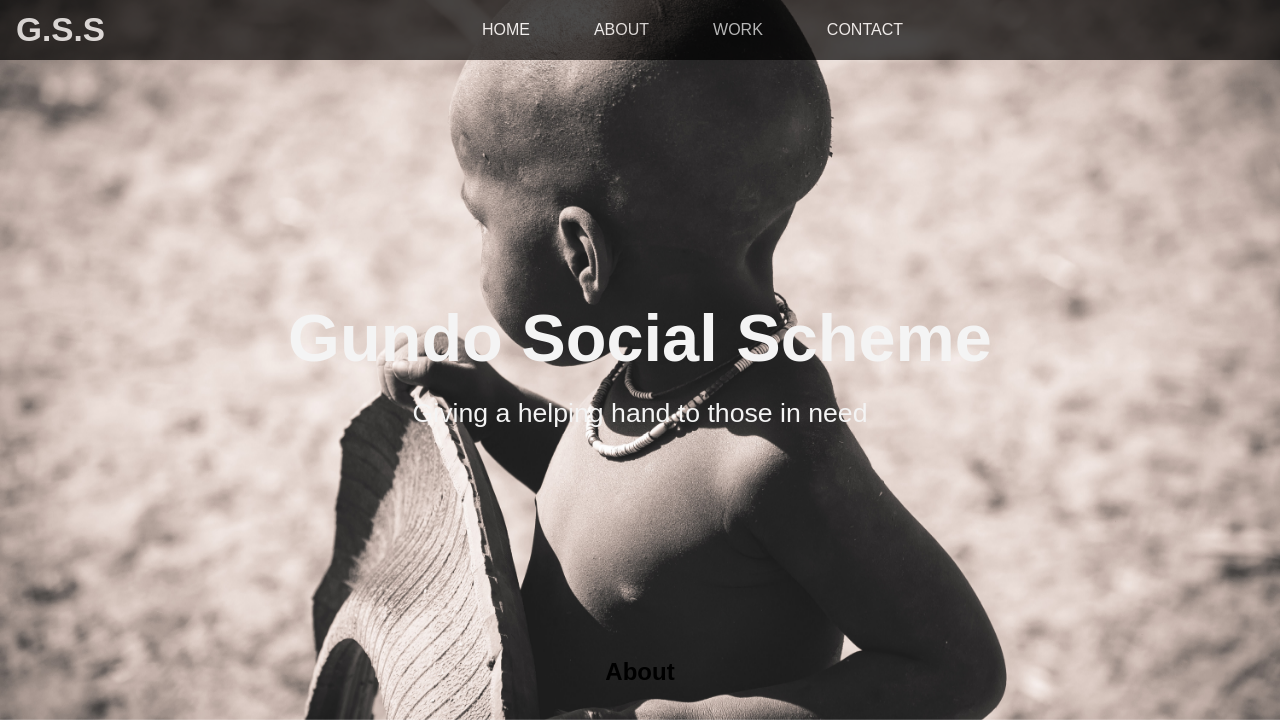
Repository: blessingNtoko/gss-basic_website
Page: index.html
These files come from the project's save history. The page is drawn as it stood at one moment and after the next save; the edit follows.
The browser window is 1280 px wide. The pictures show the whole page.
An inner scrolling area shows only its first screen.

Above is the page before, as saved 2020-05-13 18:13:42.

After the next save:
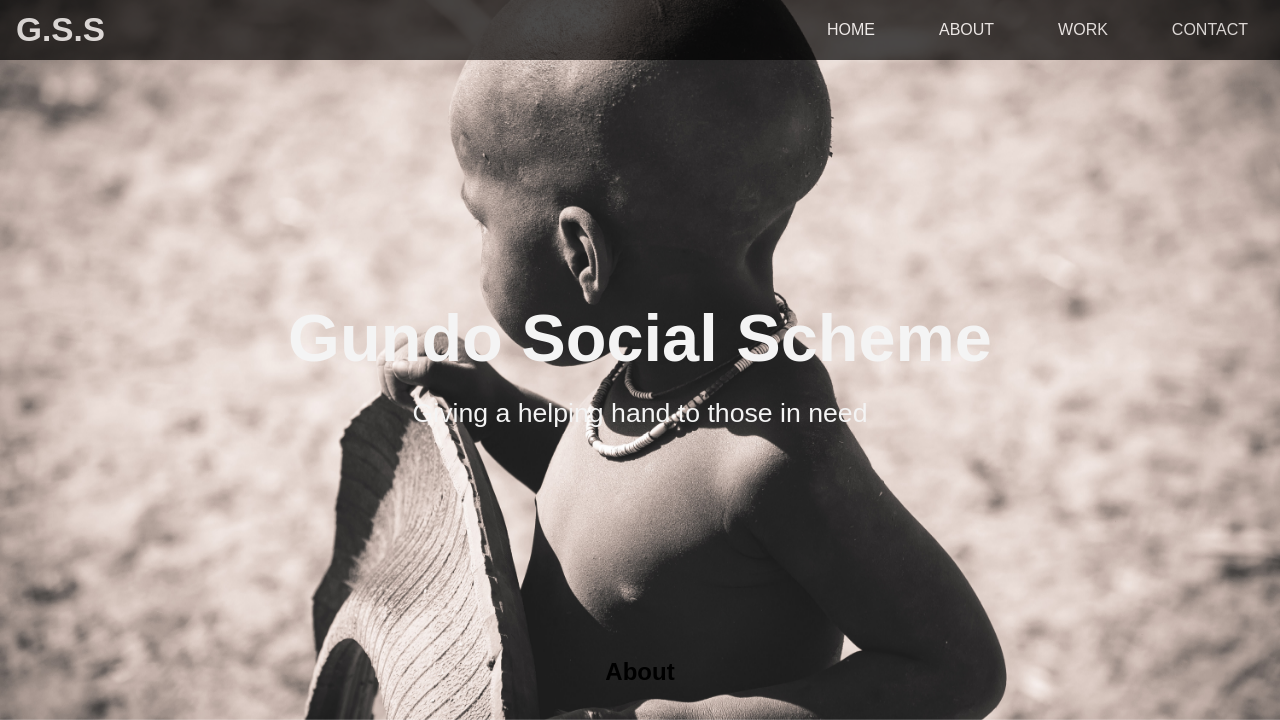
Saved 12 s later.
--- a/style.css
+++ b/style.css
@@ -54,7 +54,7 @@ body {
     list-style: none;
     width: 100%;
     /* text-align: right; */
-    justify-content: center;
+    justify-content: flex-end;
 }
 
 .navbar ul li {
